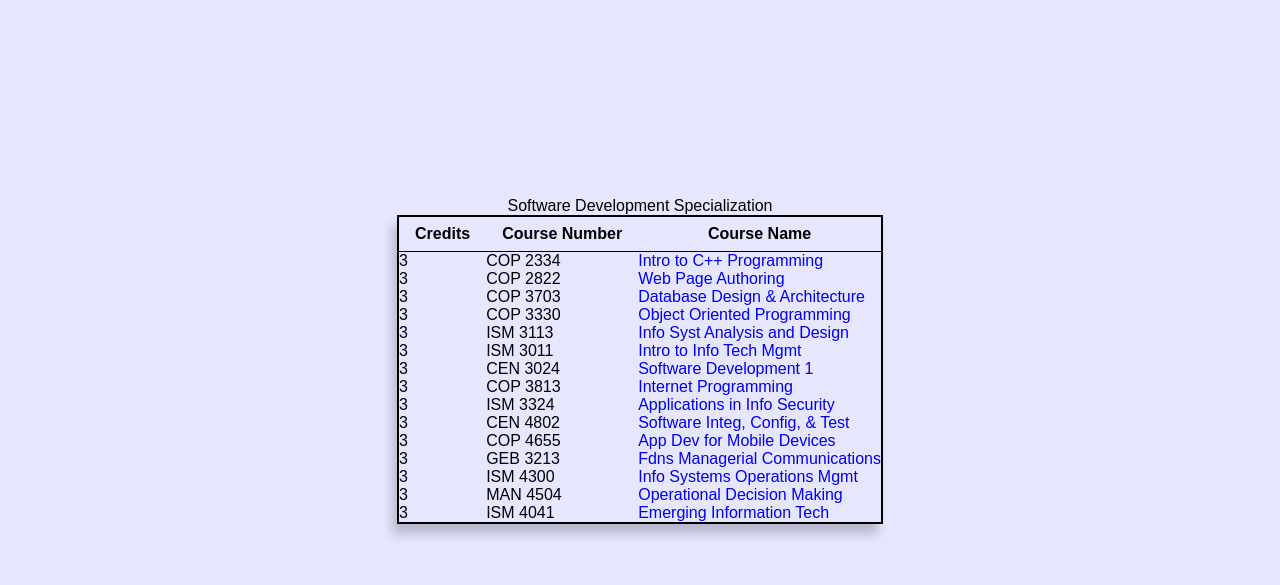
Repository: mlmEFSC21/P3-DegreeSpecializationTable
Page: index.html
The author's editor kept a copy of each file at every save. The page is drawn from the files as they stood at one save, then again after the next save.
The browser window is 1280 px wide. The pictures show the whole page.
Some web fonts or font styles are not loaded; a fallback is used.

Above is the page before, as saved 2022-02-01 21:13:22.

After the next save:
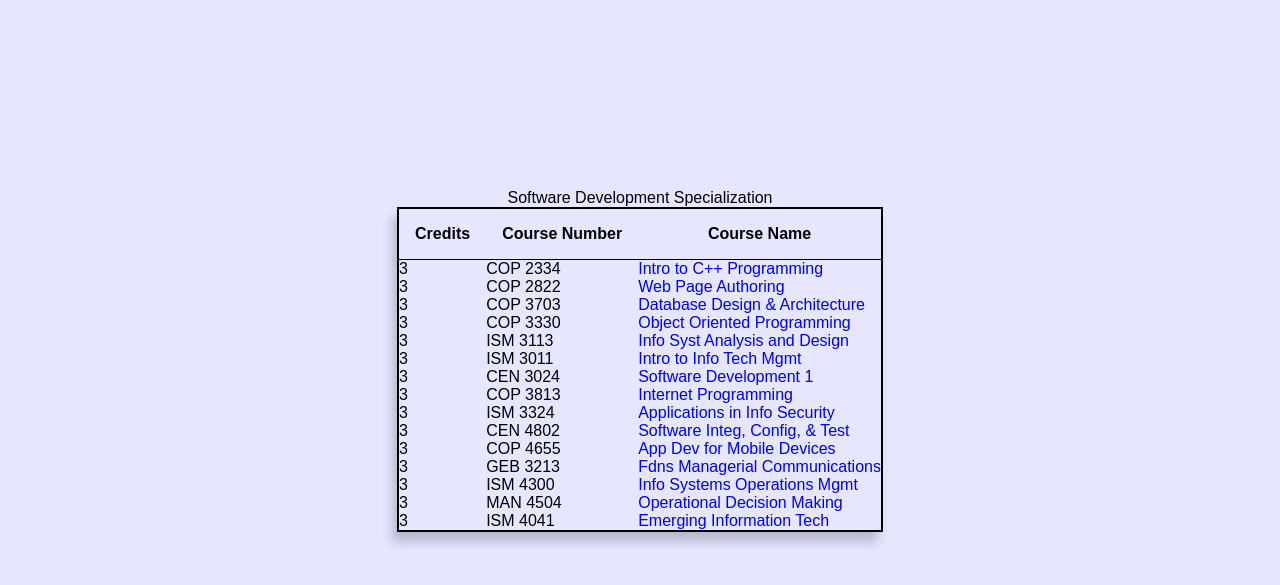
Saved 12 s later.
--- a/tableStyles.css
+++ b/tableStyles.css
@@ -33,7 +33,7 @@
     border-bottom: 1px solid black;
 }
 th {
-    padding: 0.5rem 1rem;
+    padding: 1rem 1rem;
 }
 a {
     text-decoration: none;

After the save that followed:
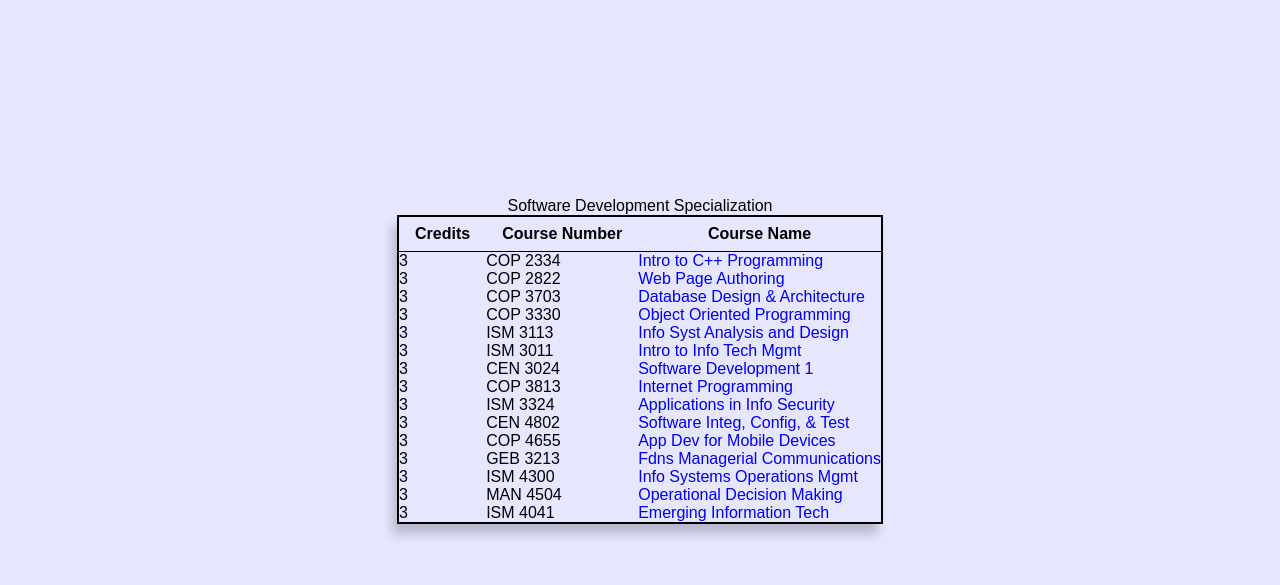
Saved 5 s later.
--- a/tableStyles.css
+++ b/tableStyles.css
@@ -33,7 +33,7 @@
     border-bottom: 1px solid black;
 }
 th {
-    padding: 1rem 1rem;
+    padding: 0.5rem 1rem;
 }
 a {
     text-decoration: none;
